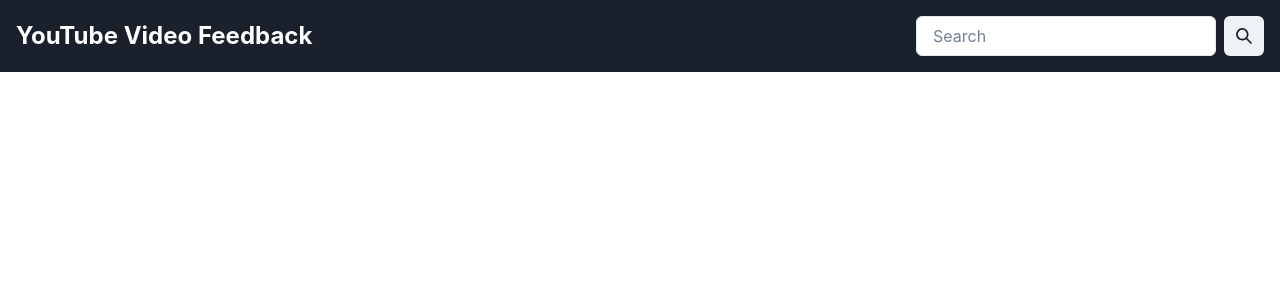
Repository: JuniorDevChris/YouTube-Engagement-Metrics
Page: /
These files come from the project's save history. The page is drawn as it stood at one moment and after a run of saves; the edit follows.
The browser window is 1280 px wide. The pictures show the whole page.
The project was rebuilt for these pictures with package versions that can differ from the ones it lists, and the page was loaded fresh each time. Also part of the build but not shown: vite.config.ts, src/components/VideoCard.tsx, src/App.css.

Above is the page before, as saved 2024-07-16 23:00:11.

### src/main.tsx
import React from "react";
import { createRoot } from "react-dom/client";
import { ChakraProvider } from "@chakra-ui/react";
import App from "./App";
import "./index.css";

const container = document.getElementById("root")!;
const root = createRoot(container);

root.render(
  <React.StrictMode>
    <ChakraProvider>
      <App />
    </ChakraProvider>
  </React.StrictMode>
);

### src/App.tsx
import React, { useState } from "react";
import { Box, Center } from "@chakra-ui/react";
import VideoGrid from "./components/VideoGrid";
import Navbar from "./components/Navbar";
import "./App.css";

interface Video {
  id: string;
  title: string;
  thumbnail: string;
  likes?: number;
  dislikes?: number;
}

function App() {
  const [query, setQuery] = useState<string>("");
  const [videos, setVideos] = useState<Video[]>([]);
  const [error, setError] = useState<string>("");
  const [loading, setLoading] = useState<boolean>(false);

  const fetchVideoStats = async (videoId: string) => {
    try {
      const response = await fetch(
        `https://returnyoutubedislikeapi.com/Votes?videoId=${videoId}`
      );
      const data = await response.json();
      return { likes: data.likes, dislikes: data.dislikes };
    } catch (error) {
      console.error("Error fetching video stats:", error);
      return { likes: null, dislikes: null };
    }
  };

  const fetchVideos = async () => {
    try {
      setError("");
      setVideos([]);
      setLoading(true);
      const response = await fetch(
        `https://www.googleapis.com/youtube/v3/search?part=snippet&q=${query}&maxResults=6&type=video&key=${
          import.meta.env.VITE_YOUTUBE_API_KEY
        }`
      );
      const data = await response.json();
      if (data.items) {
        const videoResults: Video[] = await Promise.all(
          data.items.map(async (item: any) => {
            const stats = await fetchVideoStats(item.id.videoId);
            return {
              id: item.id.videoId,
              title: item.snippet.title,
              thumbnail: item.snippet.thumbnails.medium.url,
              likes: stats.likes,
              dislikes: stats.dislikes,
            };
          })
        );
        setVideos(videoResults);
      } else {
        setError("No videos found");
      }
    } catch (err) {
      console.error("Error fetching videos:", err);
      setError("Error fetching videos");
    } finally {
      setLoading(false);
    }
  };

  return (
    <Box height="100vh" display="flex" flexDirection="column">
      <Navbar query={query} setQuery={setQuery} fetchVideos={fetchVideos} />
      <Center flex="1" p={4}>
        {error && (
          <Box color="red.500" mb={2}>
            {error}
          </Box>
        )}
        <VideoGrid videos={videos} loading={loading} />
      </Center>
    </Box>
  );
}

export default App;

### src/components/VideoGrid.tsx
import { SimpleGrid, Spinner, AbsoluteCenter, Box } from "@chakra-ui/react";
import VideoCard from "./VideoCard";

interface Video {
  id: string;
  title: string;
  thumbnail: string;
  likes?: number;
  dislikes?: number;
}

interface VideoGridProps {
  videos: Video[];
  loading: boolean;
}

const VideoGrid: React.FC<VideoGridProps> = ({ videos, loading }) => {
  if (loading) {
    return (
      <AbsoluteCenter axis="both">
        <Spinner size="xl" />
      </AbsoluteCenter>
    );
  }

  return (
    <SimpleGrid columns={[1, 2, 3]} spacing={4} width="100%">
      {videos.map((video) => (
        <VideoCard key={video.id} {...video} />
      ))}
    </SimpleGrid>
  );
};

export default VideoGrid;

### src/components/Navbar.tsx
import React from "react";
import { Flex, Box, Input, IconButton, Spacer } from "@chakra-ui/react";
import { SearchIcon } from "@chakra-ui/icons";

interface NavbarProps {
  query: string;
  setQuery: (query: string) => void;
  fetchVideos: () => void;
}

const Navbar: React.FC<NavbarProps> = ({ query, setQuery, fetchVideos }) => {
  const handleKeyDown = (event: React.KeyboardEvent<HTMLInputElement>) => {
    if (event.key === "Enter") {
      fetchVideos();
    }
  };

  return (
    <Flex
      as="nav"
      bg="gray.800"
      color="white"
      padding={4}
      align="center"
      width="100%"
      position="fixed"
      top="0"
      zIndex="1000"
    >
      <Box fontSize="2xl" fontWeight="bold">
        YouTube Video Feedback
      </Box>
      <Spacer />
      <Box display="flex">
        <Input
          placeholder="Search"
          value={query}
          onChange={(e) => setQuery(e.target.value)}
          onKeyDown={handleKeyDown}
          width="300px"
          bg="white"
          color="black"
        />
        <IconButton
          icon={<SearchIcon />}
          onClick={fetchVideos}
          aria-label="Search"
          ml={2}
        />
      </Box>
    </Flex>
  );
};

export default Navbar;

Loaded but not shown: index.html (common file); src/index.css (common file)

After the next 5 saves:
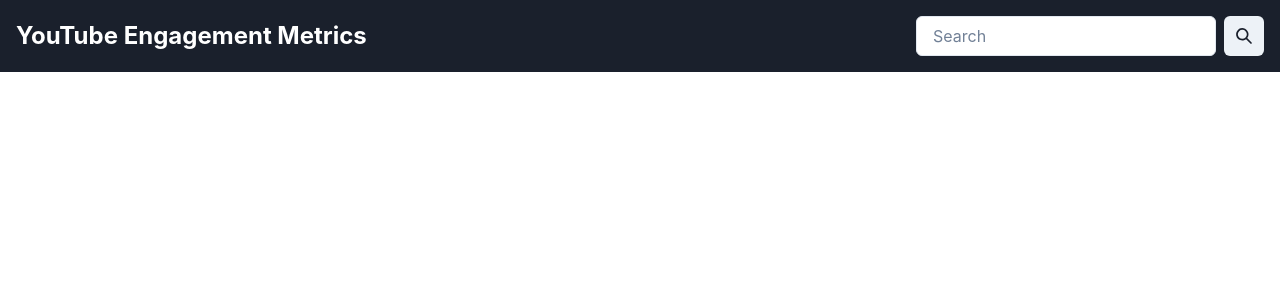
The 5 saves are shown as one change because they came seconds apart.
The last was saved 30 s later.
--- a/src/components/Navbar.tsx
+++ b/src/components/Navbar.tsx
@@ -28,7 +28,7 @@ const Navbar: React.FC<NavbarProps> = ({ query, setQuery, fetchVideos }) => {
       zIndex="1000"
     >
       <Box fontSize="2xl" fontWeight="bold">
-        YouTube Video Feedback
+        YouTube Engagement Metrics
       </Box>
       <Spacer />
       <Box display="flex">
